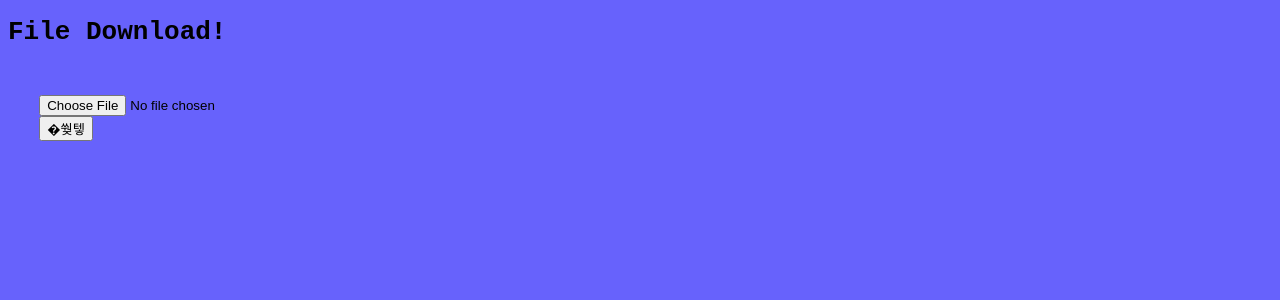
Repository: violetaplum/eclipseJSP
Page: JSP/WebContent/FileDownload.html
These files come from the project's save history. The page is drawn as it stood at one moment and after the next save; the edit follows.
The browser window is 1280 px wide. The pictures show the whole page.

Above is the page before, as saved 2019-06-05 07:03:21.

After the next save:
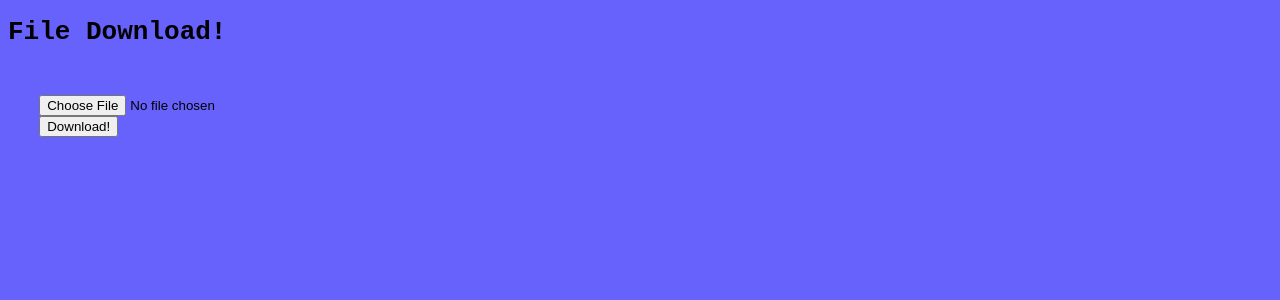
Saved 25 s later.
--- a/JSP/WebContent/FileDownload.html
+++ b/JSP/WebContent/FileDownload.html
@@ -15,7 +15,7 @@ body
 <h1>File Download!</h1>
 <form name="fileForm" id="fileForm" method="post" action="FileDownloadProc.jsp" enctype="multipart/form-data">
     <input type="file" name="uploadFile" id="uploadFile">
-    <input type="submit" value="제출">
+    <input type="submit" value="Download!">
 </form>
 
 
